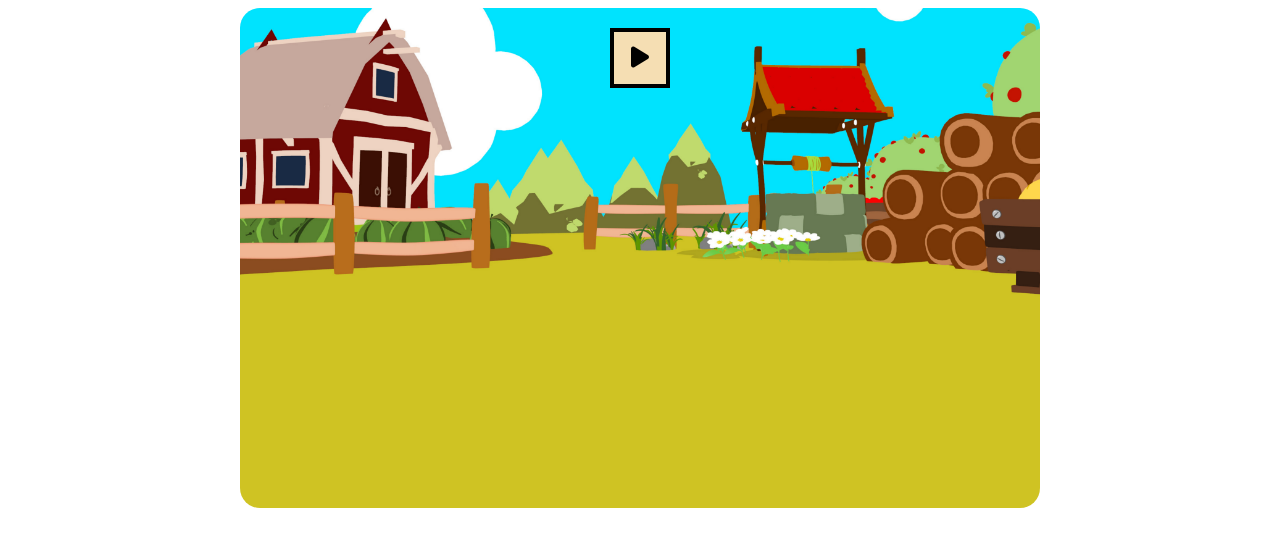
Repository: dhchun1203/browser-practice-works-
Page: carrot/index.html
An editor plug-in stored every save of this project. The page is shown before and after the next save, followed by the edit.
The browser window is 1280 px wide. The pictures show the whole page.
Some web libraries are served in a nearby version.

Above is the page before, as saved 2021-01-10 20:04:20.

After the next save:
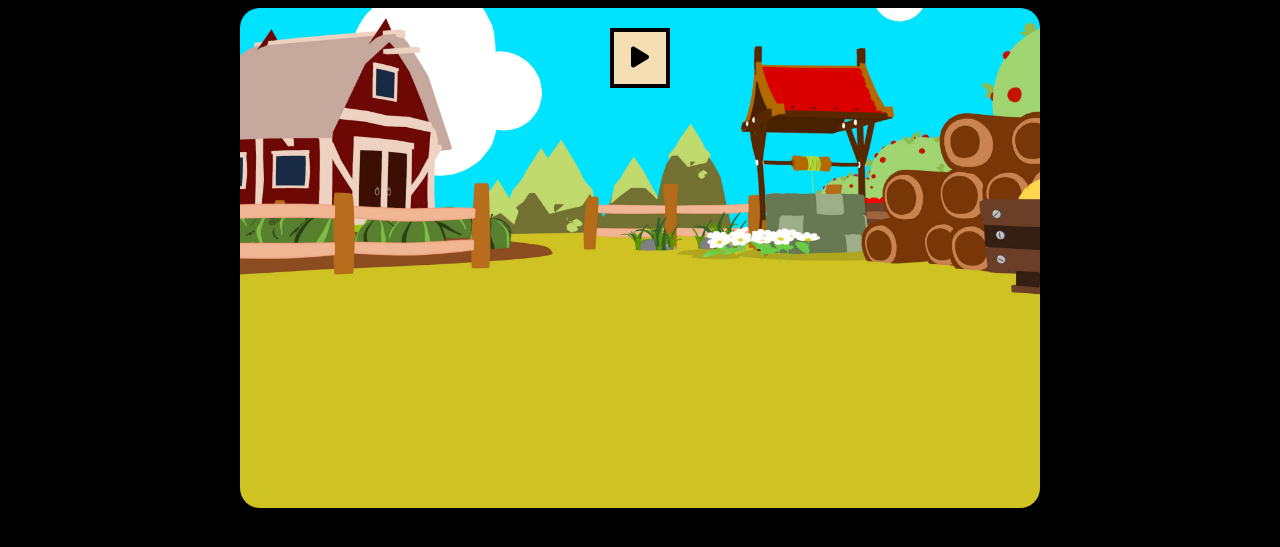
Saved 58 s later.
--- a/carrot/style.css
+++ b/carrot/style.css
@@ -2,6 +2,9 @@ button {
 	border: none;
 	outline: none;
 	cursor: pointer;
+}
+html {
+	background-color: black;
 }
 body {
 	text-align: center;
